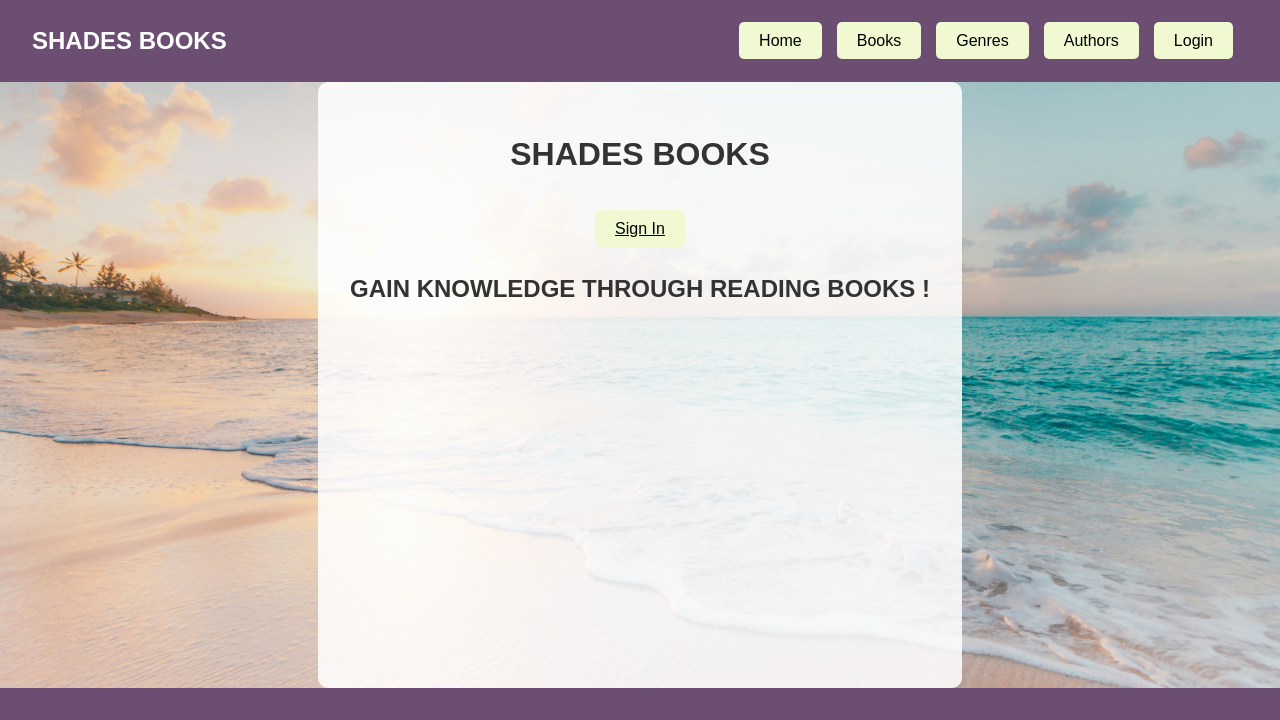
Repository: Harishsuresh-kumar/Library-Web
Page: WORK SITE/User.html
These files come from the project's save history. The page is drawn as it stood at one moment and after a run of saves; the edit follows.
The browser window is 1280 px wide. The pictures show the whole page.

Above is the page before, as saved 2024-11-07 06:55:56.

After the next 4 saves:
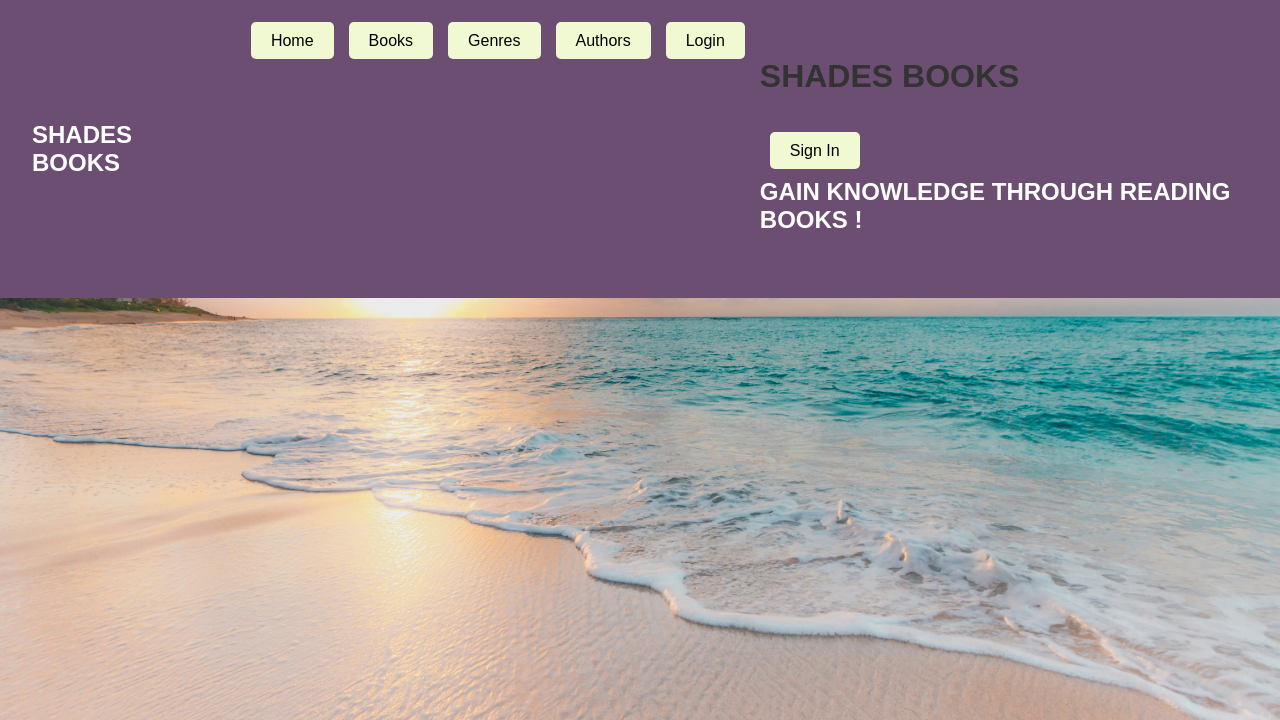
The 4 saves are shown as one change because they came seconds apart.
The last was saved 9 s later.
--- a/WORK SITE/User.html
+++ b/WORK SITE/User.html
@@ -19,7 +19,7 @@
                     <li><a href="genre.html" class="button">Genres</a></li>
                     <li><a href="Authors.html" class="button">Authors</a></li>
                     <li><a href="Admin Login.html" class="button">Login</a></li>
-                    <li></li>
+                    <li><a href="#</li>
                 </ul>
             </nav>
         </header>

After the 2 saves that followed:
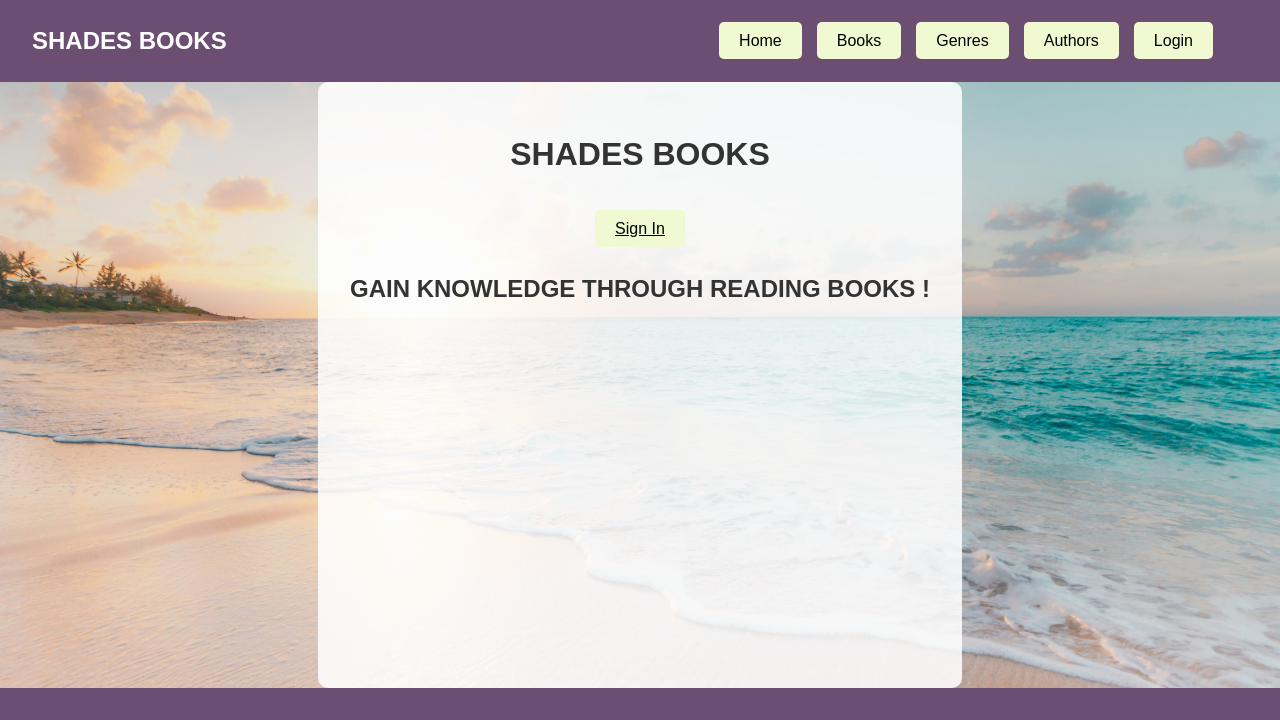
The 2 saves are shown as one change because they came seconds apart.
The last was saved 11 s later.
--- a/WORK SITE/User.html
+++ b/WORK SITE/User.html
@@ -19,7 +19,7 @@
                     <li><a href="genre.html" class="button">Genres</a></li>
                     <li><a href="Authors.html" class="button">Authors</a></li>
                     <li><a href="Admin Login.html" class="button">Login</a></li>
-                    <li><a href="#</li>
+                    <li><a href="#"></a></li>
                 </ul>
             </nav>
         </header>
